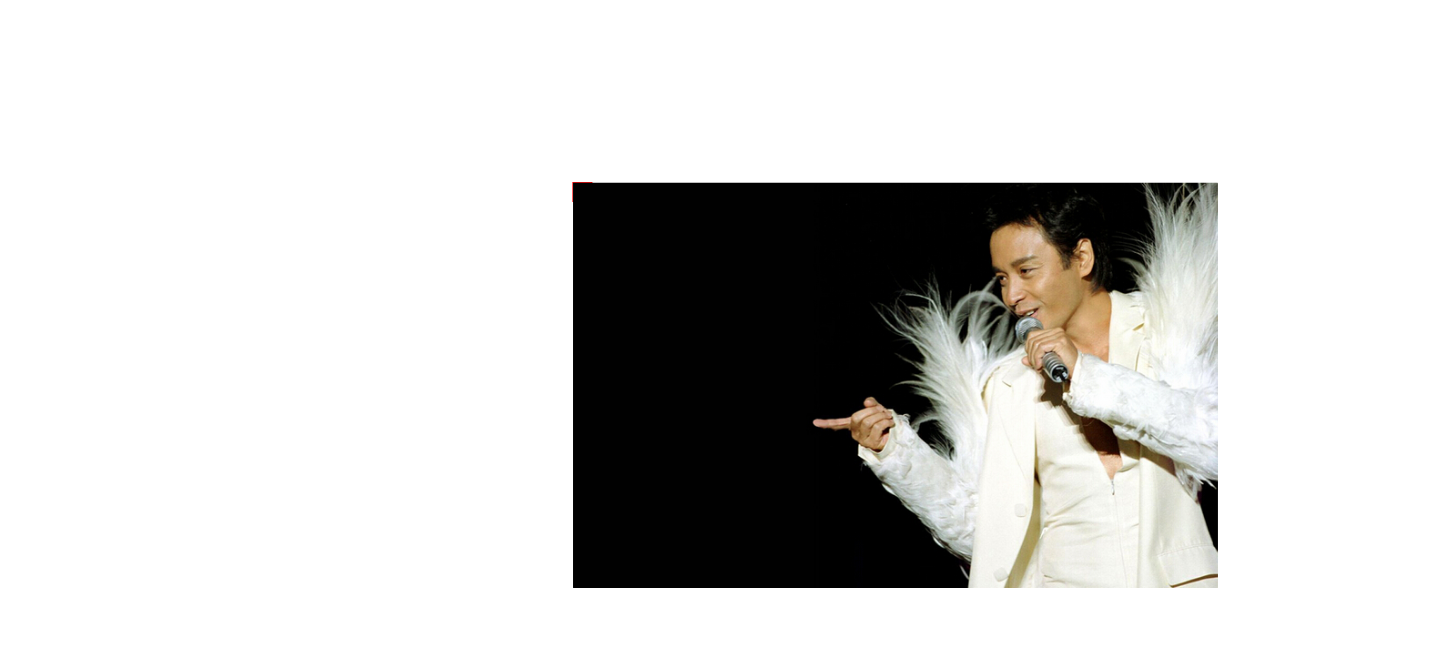
Repository: MasterKweng/workspace
Page: WebBasic/WebContent/Day02/堆叠顺序.html
An editor plug-in stored every save of this project. The page is shown before and after the next save, followed by the edit.
The browser window is 1280 px wide. The page is 1338 px wide, then 1588 px, so the pictures cover 1588 px, including what lies to the right of the window. The pictures show the whole page, at 91% of full size.

Above is the page before, as saved 2018-01-05 09:35:19.

After the next save:
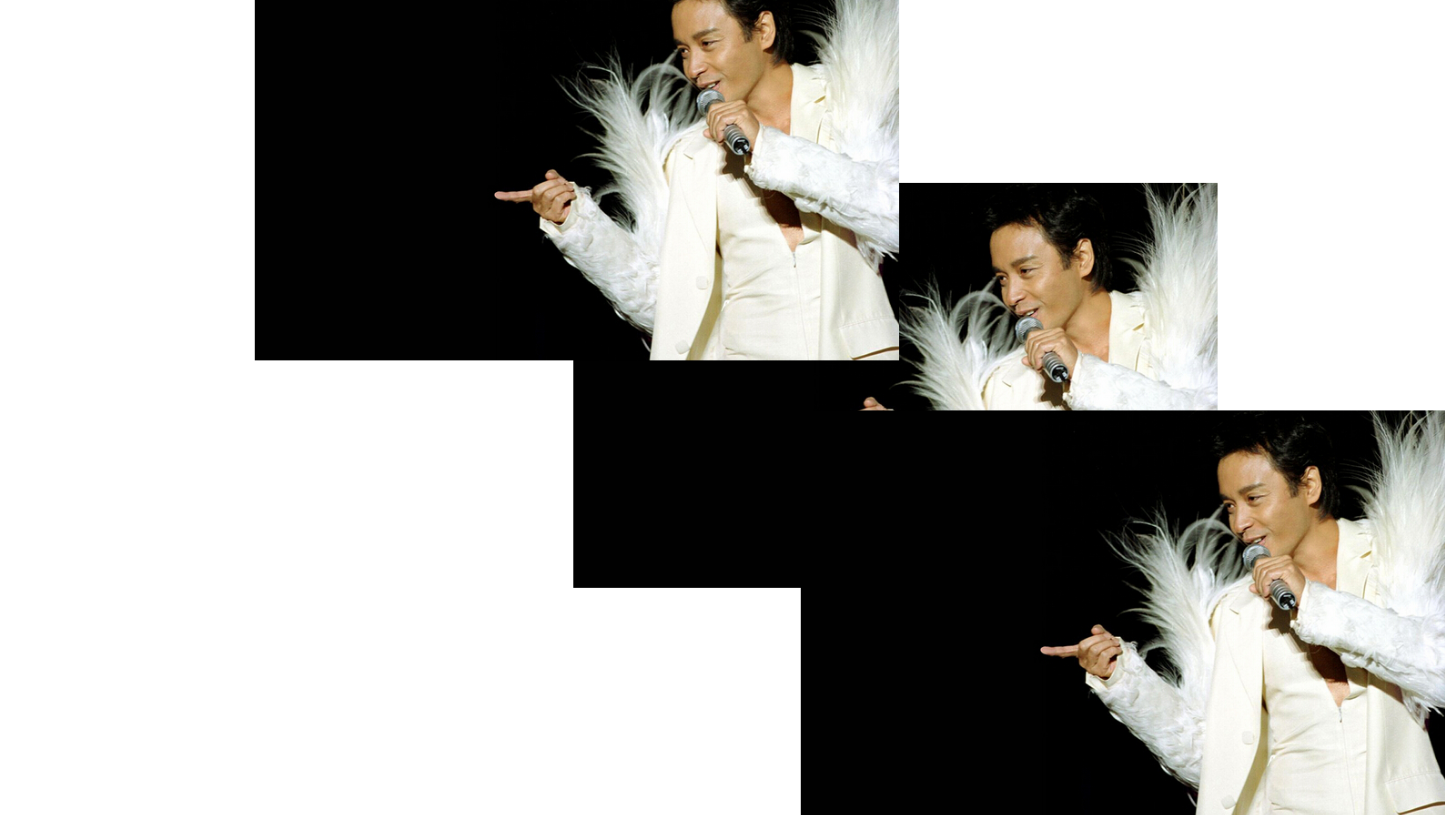
Saved 21 s later.
--- a/WebBasic/WebContent/Day02/堆叠顺序.html
+++ b/WebBasic/WebContent/Day02/堆叠顺序.html
@@ -29,8 +29,8 @@
 	<body>
 		<div>
 		<img src="../img/leslie.jpg" id="img1"/>
-		<img src="../img/leslie.jpg" id="img1"/>
-		<img src="../img/leslie.jpg" id="img1"/>
+		<img src="../img/leslie.jpg" id="img2"/>
+		<img src="../img/leslie.jpg" id="img3"/>
 		</div>
 	</body>
 </html>
